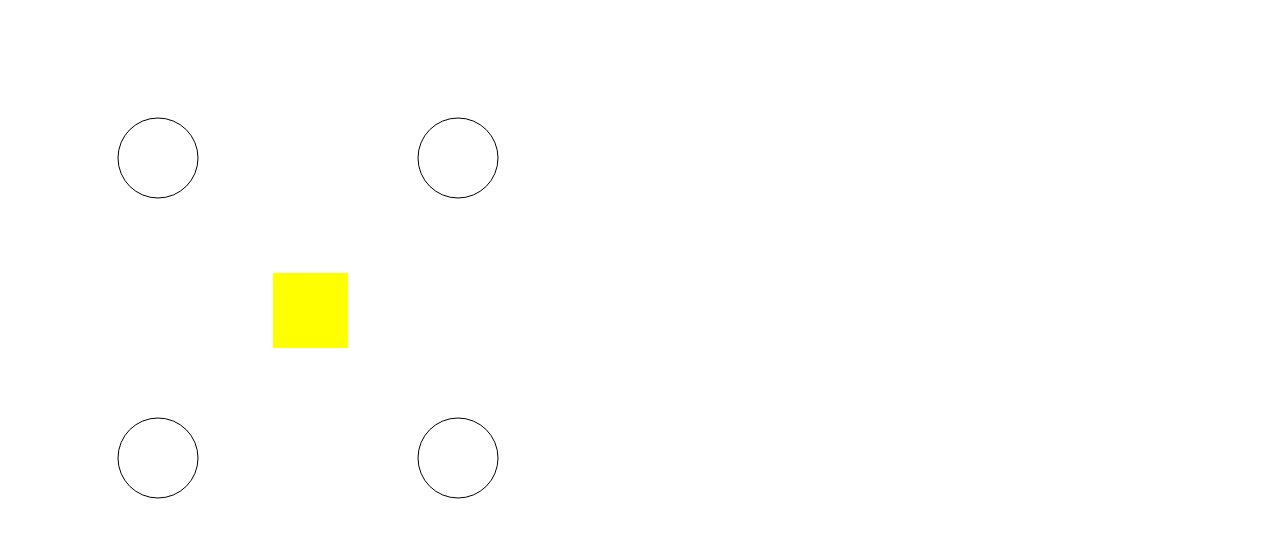
Repository: facio313/Python
Page: HELLO_PYTHON/day17/templates/canvas.html
These files come from the project's save history. The page is drawn as it stood at one moment and after the next save; the edit follows.
The browser window is 1280 px wide. The pictures show the whole page.

Above is the page before, as saved 2022-12-15 10:44:48.

After the next save:
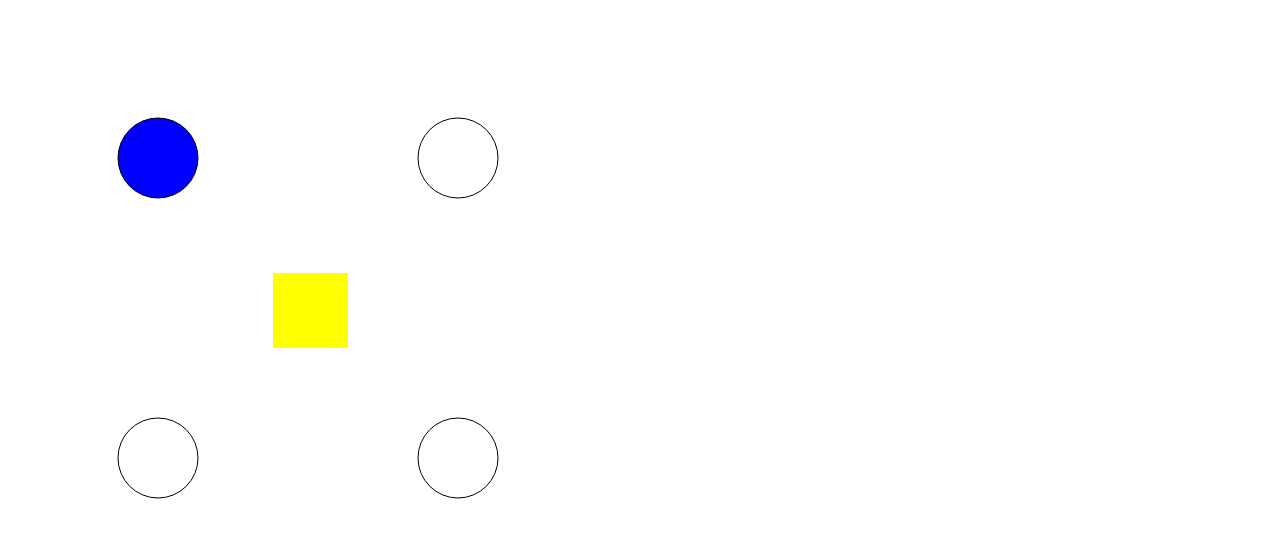
Saved 3 s later.
--- a/HELLO_PYTHON/day17/templates/canvas.html
+++ b/HELLO_PYTHON/day17/templates/canvas.html
@@ -13,7 +13,7 @@ function loader(){
 	ctx.beginPath();
 	ctx.arc(150, 150, 40, 0, Math.PI*2, false );
 	ctx.fillStyle = "blue";
-	ctx.fill
+	ctx.fill();
 	ctx.stroke();
 
 	ctx.beginPath();
